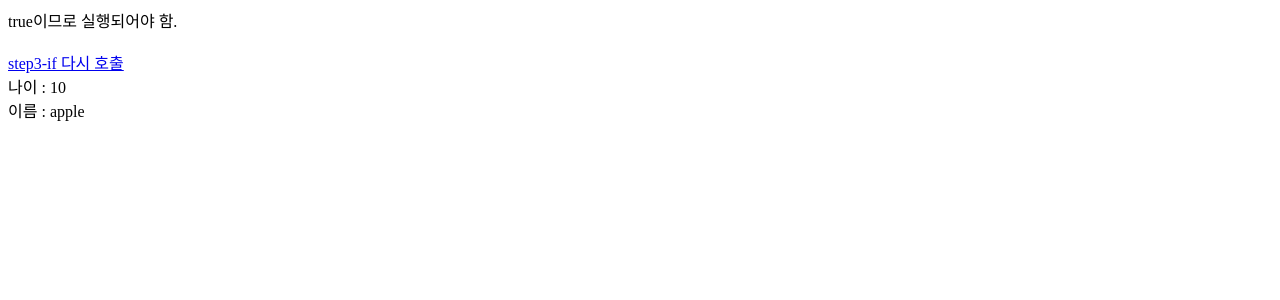
Repository: novemberjj/jsp
Page: http://localhost/jstl_study/step3-if.jsp?age=10&nick=apple
The author's editor kept a copy of each file at every save. The page is drawn from the files as they stood at one save, then again after the next save.
The browser window is 1280 px wide. The pictures show the whole page.
The page is served by Tomcat 9.

Above is the page before, as saved 2023-05-09 08:02:53.

After the next save:
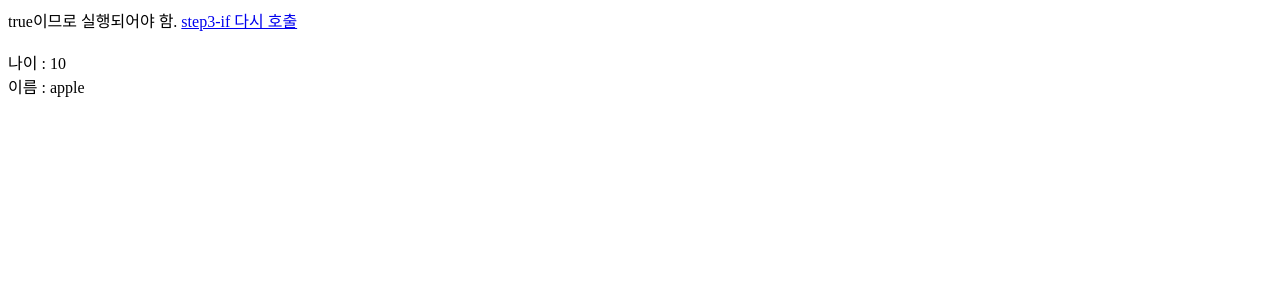
Saved 8 s later.
--- a/jstl_project/jstl_study/src/main/webapp/step3-if.jsp
+++ b/jstl_project/jstl_study/src/main/webapp/step3-if.jsp
@@ -14,8 +14,8 @@
 		true이므로 실행되어야 함.
 	</c:if>
 	<!-- Query String 방식 -->
+	<a href="step3-if.jsp?age=10&nick=apple">step3-if 다시 호출</a>
 	<br><br>
-	<a href="step3-if.jsp?age=10&nick=apple">step3-if 다시 호출</a> <br>
 	나이 : ${param.age }<br>
 	이름 : ${param.nick }<br>
 
